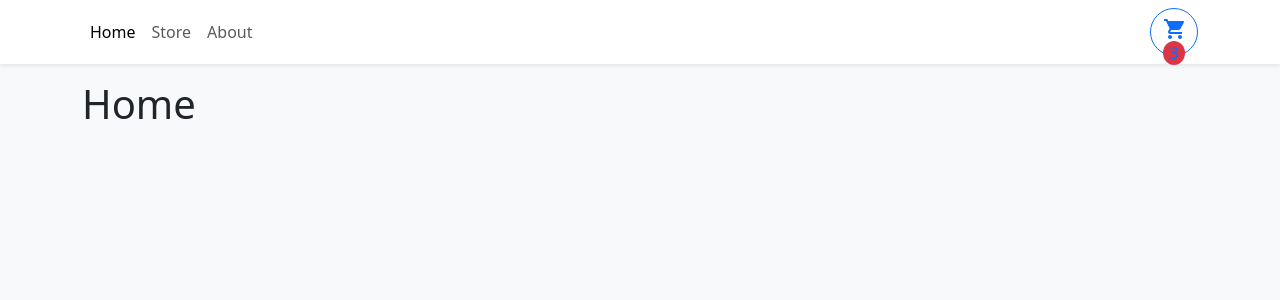
Repository: kurtveil/react-ecommerce
Page: /
These files come from the project's save history. The page is drawn as it stood at one moment and after the next save; the edit follows.
The browser window is 1280 px wide. The pictures show the whole page.
The project was rebuilt for these pictures with package versions that can differ from the ones it lists, and the page was loaded fresh each time. Also part of the build but not shown: vite.config.ts, src/pages/Store.tsx, src/pages/About.tsx.

Above is the page before, as saved 2023-07-12 21:38:52.

After the next save:
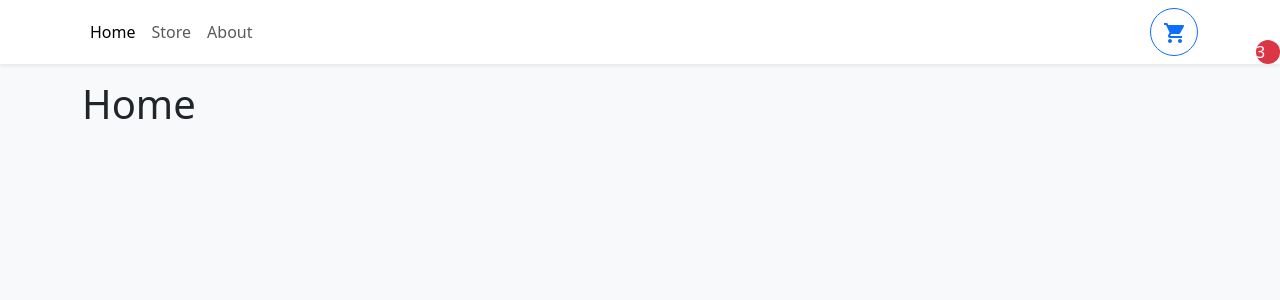
Saved 3 min 8 s later.
--- a/src/components/Navbar.tsx
+++ b/src/components/Navbar.tsx
@@ -18,7 +18,7 @@ export default function Navbar() {
             </Nav>
             <Button style={{width: "3rem", height: "3rem"}} variant='outline-primary' className='rounded-circle'>
               <ShoppingCartIcon/>
-              <div className='rounded-circle bg-danger'>3</div>
+              <div className='rounded-circle bg-danger d-flex justtify-content-center align-items-center' style={{color:'white', width:'1.5rem', height: "1.5rem", position: "absolute", bottom: 0, right:0}}>3</div>
             </Button>
         </Container>
     </NavbarBs>
